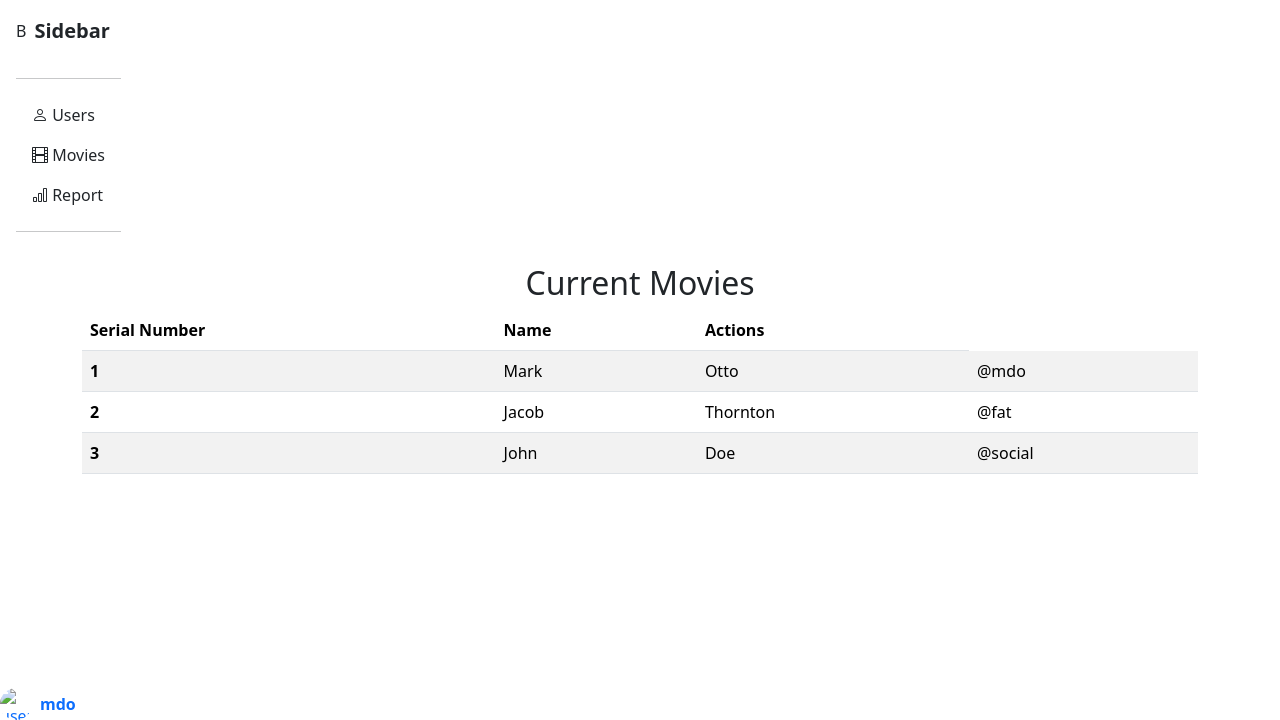
Repository: Anandu361/OTT-Platform
Page: http://localhost/Movies
An editor plug-in stored every save of this project. The page is shown before and after the next save, followed by the edit.
The browser window is 1280 px wide. The pictures show the whole page.
The page is this project's Thymeleaf template; nobody is signed in. The template is opened directly, without the code that normally fills it, so the values that code supplies are empty.

Above is the page before, as saved 2026-01-09 06:43:01.

### backend/src/main/resources/templates/Movies.html
<!DOCTYPE html>
<html>
	<head>
		<title>Admin</title>
		<link href="https://cdn.jsdelivr.net/npm/bootstrap@5.3.2/dist/css/bootstrap.min.css" rel="stylesheet">
		<link href="https://cdn.jsdelivr.net/npm/bootstrap-icons@1.11.1/font/bootstrap-icons.css" rel="stylesheet">
	</head>
	<body>
		<div th:insert="partials/Navbar :: sidebar"></div>
		<div class="container">
			<h2 class="text-center">Current Movies</h2>
			<div class="d-flex mx-auto">
				<table class="table table-striped">
					<thead>
						<tr>
							<th>Serial Number</th>
							<th>Name</th>
							<th>Actions</th>
						</tr>
					</thead>
					<tbody>
					    <tr>
					      <th scope="row">1</th>
					      <td>Mark</td>
					      <td>Otto</td>
					      <td>@mdo</td>
					    </tr>
					    <tr>
					      <th scope="row">2</th>
					      <td>Jacob</td>
					      <td>Thornton</td>
					      <td>@fat</td>
					    </tr>
					    <tr>
					      <th scope="row">3</th>
					      <td>John</td>
					      <td>Doe</td>
					      <td>@social</td>
					    </tr>
					  </tbody>
				</table>
			</div>
		</div>
	</body>
</html>

### backend/src/main/resources/templates/partials/Navbar.html
<div class="d-flex" th:fragment="sidebar">
  <!-- Sidebar -->
  <aside class="sidebar d-flex flex-column p-3">

    <!-- Logo -->
    <div class="d-flex align-items-center mb-3">
      <div class="logo-icon me-2">B</div>
      <span class="fs-5 fw-semibold">Sidebar</span>
    </div>

    <hr>

    <!-- Menu -->
    <ul class="nav nav-pills flex-column mb-auto">


      <li class="nav-item">
        <a href="#" class="nav-link text-dark">
          <i class="bi bi-person"></i>
            Users
        </a>
      </li>

      <li class="nav-item">
        <a href="#" class="nav-link text-dark">
          <i class="bi bi-film"></i>
            Movies
        </a>
      </li>

      <li class="nav-item">
        <a href="#" class="nav-link text-dark">
          <i class="bi bi-bar-chart"></i>
          Report
        </a>
      </li>
    </ul>

    <hr>

    <!-- Profile -->
    <div class="dropdown fixed-bottom">
      <a href="" class="d-flex align-items-center text-decoration-none"
         data-bs-toggle="dropdown">
        <img src="" alt="user" width="32" height="32"
             class="rounded-circle me-2">
        <strong>mdo</strong>
      </a>
    </div>

  </aside>

After the next save:
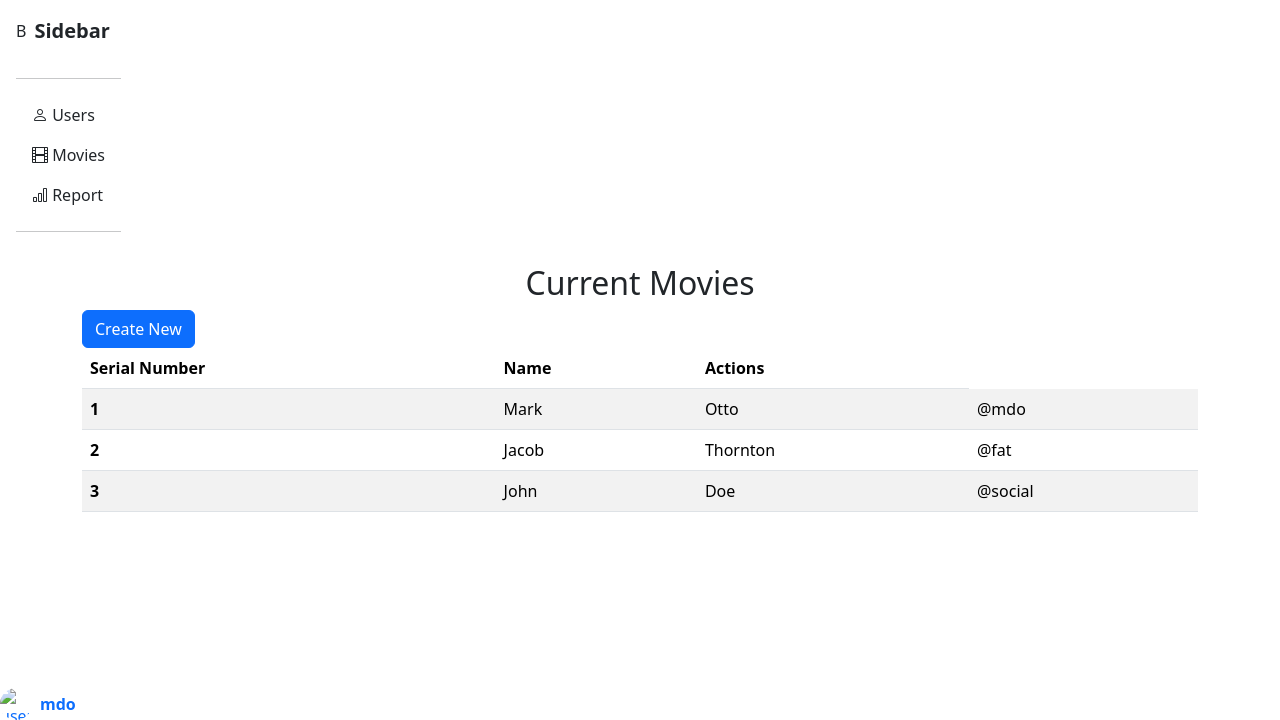
Saved 40 s later.
--- a/backend/src/main/resources/templates/Movies.html
+++ b/backend/src/main/resources/templates/Movies.html
@@ -9,6 +9,7 @@
 		<div th:insert="partials/Navbar :: sidebar"></div>
 		<div class="container">
 			<h2 class="text-center">Current Movies</h2>
+			<button class="btn btn-primary">Create New</button>
 			<div class="d-flex mx-auto">
 				<table class="table table-striped">
 					<thead>
